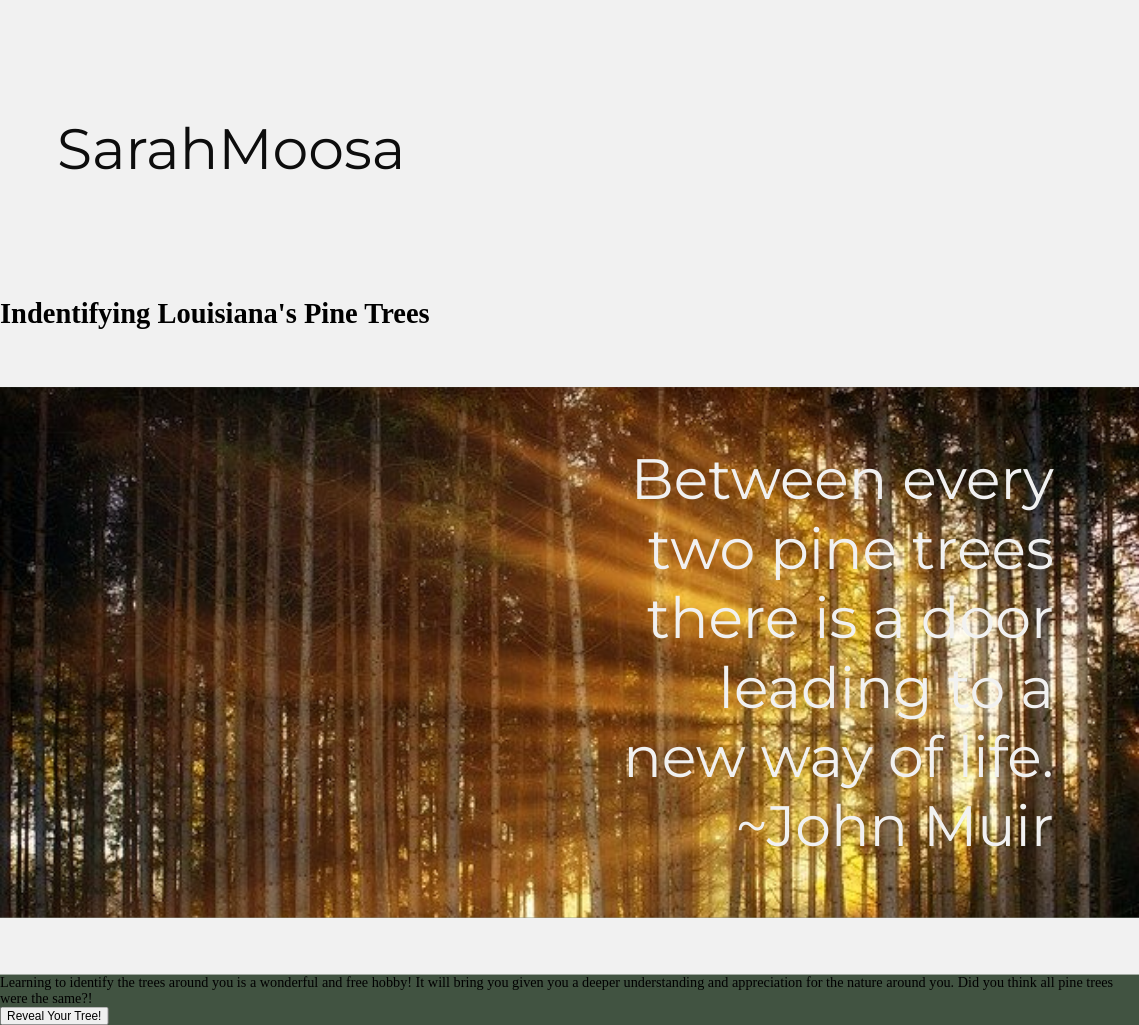
Repository: Sbethm/louisianaPineTrees
Page: pine_main.html
These files come from the project's save history. The page is drawn as it stood at one moment and after the next save; the edit follows.
The browser window is 1280 px wide. The pictures show the whole page, at 89% of full size.
The style sheet was rebuilt from its Sass, Less or Tailwind sources for each picture, by a compiler version that may differ from the author's.

Above is the page before, as saved 2021-09-16 13:46:54.

### pine_main.html
<!DOCTYPE html>
<html lang="en">
<head>
    <meta charset="UTF-8">
    <meta http-equiv="X-UA-Compatible" content="IE=edge">
    <meta name="viewport" content="width=device-width, initial-scale=1.0">
    <link rel="preconnect" href="https://fonts.googleapis.com">
    <link rel="preconnect" href="https://fonts.gstatic.com" crossorigin>
    <link href="https://fonts.googleapis.com/css2?family=Architects+Daughter&family=Montserrat:ital,wght@0,400;0,500;0,700;1,400;1,500;1,700&display=swap" rel="stylesheet">
    <!--
        headerFont: 'Architects Daughter', cursive;
        mainFont: 'Montserrat', sans-serif;
    -->
    <link rel="stylesheet" href="./CSS/main.css">
    <title>Louisiana Pine Trees</title>
</head>
<body>
    <header>
        <p>SarahMoosa</p>
    </header>
    <main>
        <h1>Indentifying Louisiana's Pine Trees</h1>
        <div class="intro-container container">
            <p class="float-right quote">Between every two pine trees there is a door leading to a new way of life. ~John Muir</p>
        </div>
        <div class="questions-container container">
            <div class="bg-image call-to-action">Learning to identify the trees around you is a wonderful and free hobby! It will bring you given you a deeper understanding and appreciation for the nature around you. Did you think all pine trees were the same?!</div>
            <section class="question-block">
                <div class="question"></div>
            </section>
            <section class="question-block">
                <div class="question"></div>
            </section>
            <section class="question-block">
                <div class="question"></div>
            </section>
            <section class="question-block">
                <div class="question"></div>
            </section>
            <section class="question-block">
                <div class="question"></div>
            </section>
            <div class="results-btn btn">
                <button>Reveal Your Tree!</button>
            </div>
            <div class="results"></div>
        </div>
    </main>
</body>

### src/scss/main.scss
@import "./variables";


//GLOBAL STYLES
*{box-sizing: border-box;}

body {
    margin: 0;
    background-color: #f1f1f1;
}

h1
h2 {
    font-family: $headerFont;
}

p {
    font-family: $mainFont;
    font-size: clamp(1rem, 5vw, 4rem);
    color: $acColorDr;
    padding: clamp(0.5em, 5%, 1.5em);
}

.container {
    background-color: $mainColor;
}

.intro-container {
    background-image: url(../img/forest-pine.jpg);
    background-repeat: no-repeat;
    background-size: cover;
}

.quote {
    margin-left: calc(50% - 2rem);
    width: 50%;
    text-align: right;
    color: #f1f1f1;
}
//This code was used to cause grid items to over lap. It worked very well, but I think it is unnecessary and bulkier code than I need for the result that I want.
// .intro-container {
//     display: grid;
//     grid-template-columns: 50% 50%;
//     grid-auto-rows: 100%;

//     & img {
//         grid-column: 1/3;
//         grid-row: 1;
//         display: inline;
//         max-width: 100%;
//         z-index: 1;
//     }

//     & .quote {
//         grid-column: 2/3;
//         grid-row: 1;
//         align-self: center;
//         z-index: 9;
//     }
// }

### src/scss/_variables.scss
//COLORS
$mainColor: hsl(120, 12%, 29%);
$acColorLi: hsl(0, 0%, 29%);
$acColorDr: hsl(0, 0%, 5%);

//FONTS
$headerFont: 'Architects Daughter', cursive;
$mainFont: 'Montserrat', sans-serif;

After the next save:
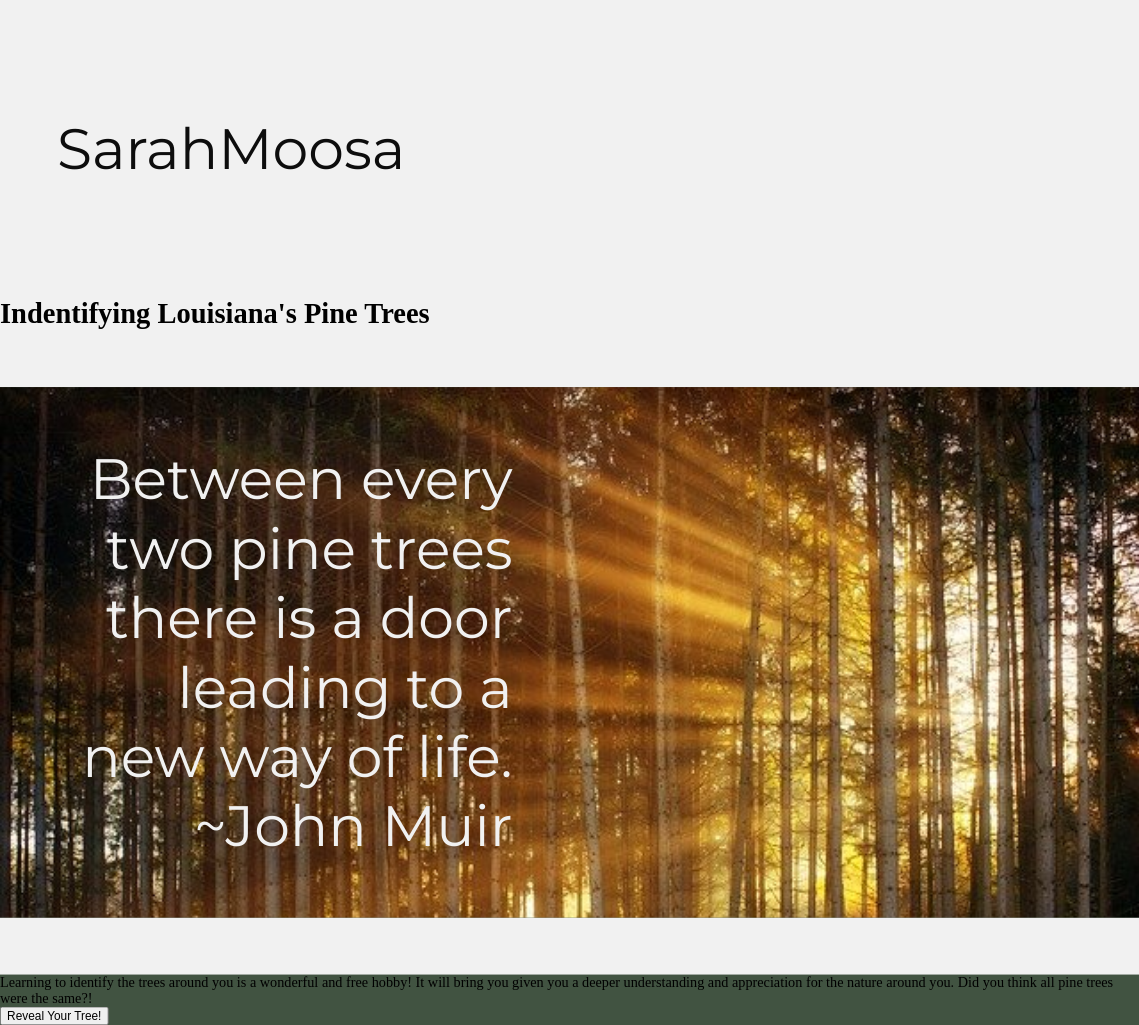
Saved 56 s later.
--- a/src/scss/main.scss
+++ b/src/scss/main.scss
@@ -32,7 +32,6 @@ p {
 }
 
 .quote {
-    margin-left: calc(50% - 2rem);
     width: 50%;
     text-align: right;
     color: #f1f1f1;
